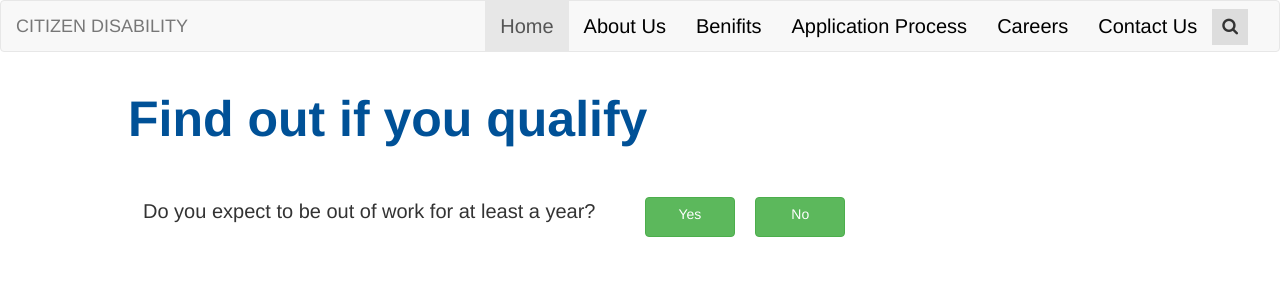
Repository: welcome0605/Embed-html-integrate-with-API
Page: Home.html
An editor plug-in stored every save of this project. The page is shown before and after the next save, followed by the edit.
The browser window is 1280 px wide. The pictures show the whole page.

Above is the page before, as saved 2019-04-27 15:26:14.

### Home.html
<!DOCTYPE html>
<html lang="en">
<head>
  <title>CITIZEN DISABILITY</title>
  <meta charset="utf-8">
  <meta name="viewport" content="width=device-width, initial-scale=1">
  <link rel="stylesheet" href="https://maxcdn.bootstrapcdn.com/bootstrap/3.4.0/css/bootstrap.min.css">
  <script src="https://ajax.googleapis.com/ajax/libs/jquery/3.3.1/jquery.min.js"></script>
  <script src="https://maxcdn.bootstrapcdn.com/bootstrap/3.4.0/js/bootstrap.min.js"></script>
  <link rel = "stylesheet" type = "text/css" href = "./css/base.css" />
  <link rel="stylesheet" href="https://cdnjs.cloudflare.com/ajax/libs/font-awesome/4.7.0/css/font-awesome.min.css">
</head>
<body>

<nav class="navbar navbar-default">
  <div class="container-fluid">
    <div class="navbar-header">
      <a class="navbar-brand" href="Home.html">CITIZEN DISABILITY</a>
    </div>
    <ul class="nav navbar-nav div_right">
      <li class="active"><a href="Home.html">Home</a></li>
      <li><a href="About Us.html">About Us</a></li>
      <li><a href="Benifits.html">Benifits</a></li>
      <li><a href="Application Process.html">Application Process</a></li>
      <li><a href="Careers.html">Careers</a></li>
      <li><a href="Contact Us.html">Contact Us</a></li>
      <!-- <input type="text" placeholder="Search.." name="search"> -->
      <button type="button"><i class="fa fa-search"></i></button>
    </ul>
  </div>
</nav>

<div class="container">
  <!-- <h3>Basic Navbar Example1</h3>
  <p>A navigation bar is a navigation header that is placed at the top of the page.</p> -->
  <!-- <form method="POST"> -->
    <!-- <div class="div_entire"> -->
      <div class="row"><h2 class="title">Find out if you qualify</h2></div>
      <div class="row radio_buttons" >
        <div class="col-md-12 div_label">Do you expect to be out of work for at least a year?</div>
        <div class="col-md-4 btn-group-toggle" data-toggle="buttons">
          <label class="btn btn-success radio_q"><input type="radio"  value="Yes"  class="form_input valid" >Yes</label>
          <label class="btn btn-success radio_q"><input type="radio"  value="No"  class="form_input valid" >No</label>
        </div>
      </div>
      <!-- <input type="submit" value="Submit"> -->
    <!-- </div> -->
  <!-- </form> -->
</div>

</body>
</html>

### css/base.css
navbar-default .navbar-nav>.active>a, .navbar-default .navbar-nav>.active>a:focus, .navbar-default .navbar-nav>.active>a:hover {
    background-color: #005197 !important;
    color: white;
}

.navbar-default .navbar-nav>li>a {
    color: black;
    font-size: 20px;
}

.div_right input[type=text] {
    padding: 6px;
    margin-top: 8px;
    font-size: 17px;
    border: none;
}

.div_right button {
    float: right;
    padding: 6px 10px;
    margin-top: 8px;
    margin-right: 16px;
    background: #ddd;
    font-size: 17px;
    border: none;
    cursor: pointer;
}

.div_right {
    float: right;
}

.radio_buttons {
    display: inline-flex;
}

.div_label {
    font-size: 20px;
    /* margin-right: 500px; */
}

.btn-group-toggle {
    display: inline-flex;
}

.radio_q {
    width: 500px;
    margin-right: 20px;
    width: 100px;
    height: 40px;
}

.radio_q:active {
    background-color: #005197;
}

.title {
    color: #005197;
    font-weight: 700;
    margin-bottom: 50px;
    font-size: 50px;
}

.container {
    margin: auto 10% auto 10% !important;
    width: 80%;
}

After the next save:
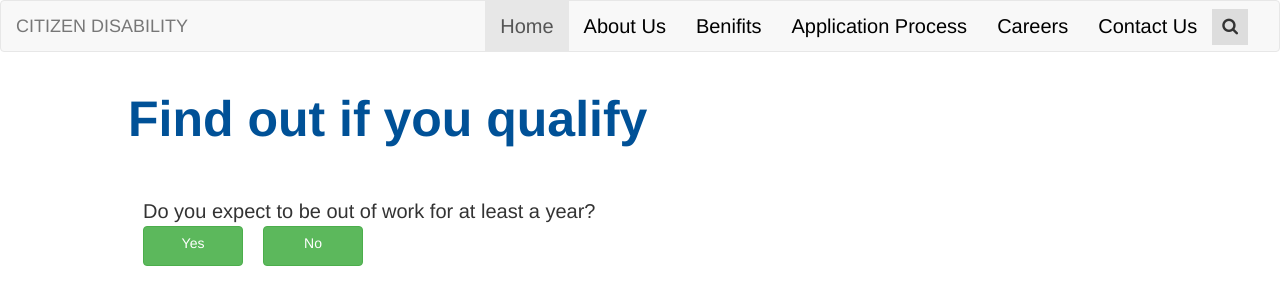
Saved 24 s later.
--- a/css/base.css
+++ b/css/base.css
@@ -30,9 +30,9 @@ navbar-default .navbar-nav>.active>a, .navbar-default .navbar-nav>.active>a:focu
     float: right;
 }
 
-.radio_buttons {
+/* .radio_buttons {
     display: inline-flex;
-}
+} */
 
 .div_label {
     font-size: 20px;
